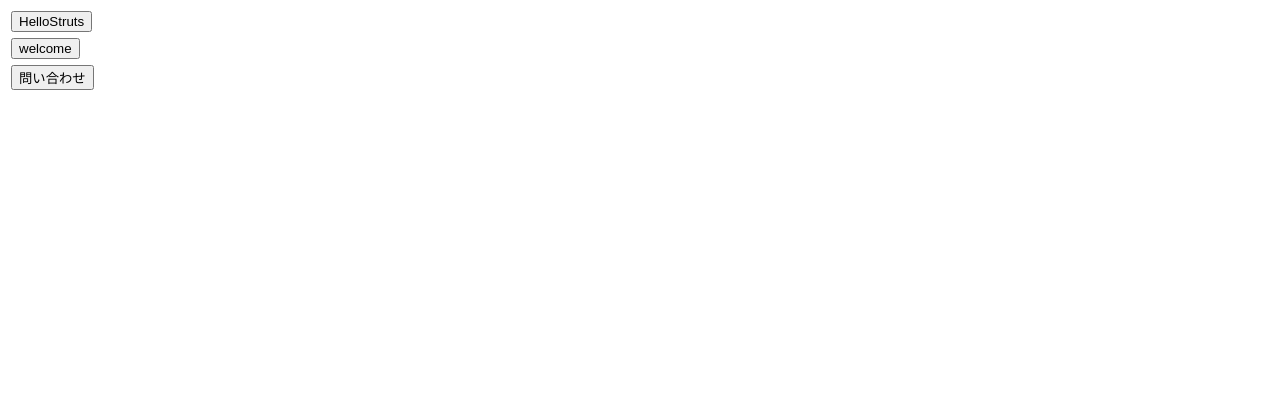
Repository: hirose0320/test
Page: http://localhost/WebProj3/
An editor plug-in stored every save of this project. The page is shown before and after the next save, followed by the edit.
The browser window is 1280 px wide. The pictures show the whole page.
The page is served by Tomcat 9. Other server files are loaded and not shown.

Above is the page before, as saved 2019-02-21 06:43:21.

### WebProj3/WebContent/index.jsp
<%@ page language="java" contentType="text/html; charset=UTF-8"
    pageEncoding="UTF-8"%>
           <%@ taglib prefix="s" uri="/struts-tags"%>
<!DOCTYPE html PUBLIC "-//W3C//DTD HTML 4.01 Transitional//EN" "http://www.w3.org/TR/html4/loose.dtd">
<html>
<head>
<meta http-equiv="Content-Type" content="text/html; charset=UTF-8">
<title>INDEX</title>
</head>
<body>
<s:form action="HelloStrutsAction">
		<s:submit value="HelloStruts" />
	</s:form>
	<s:form action="WelcomeAction">
		<s:submit value="welcome" />
	</s:form>
	<s:form action="InquiryAction">
		<s:submit value="問い合わせ" />
	</s:form>
</body>
</html>

After the next save:
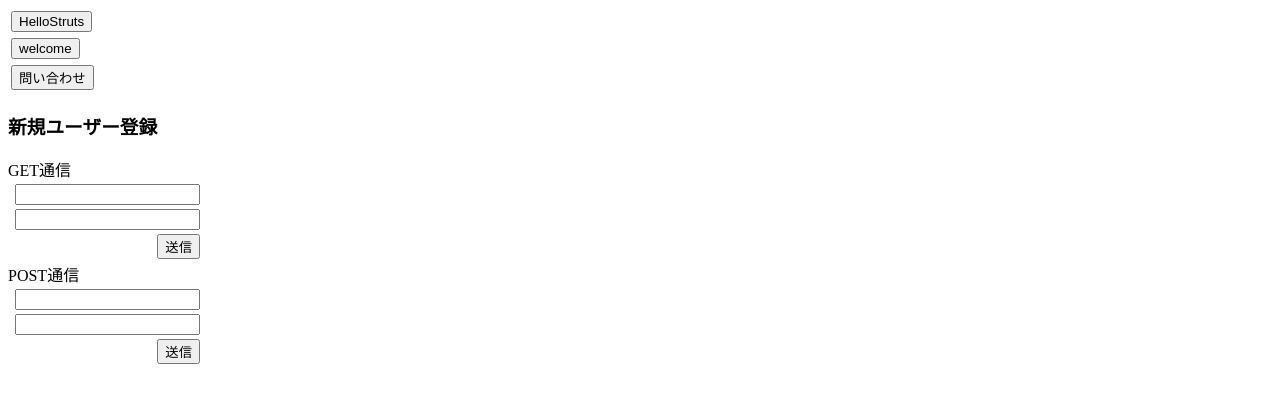
Saved 107 s later.
--- a/WebProj3/WebContent/index.jsp
+++ b/WebProj3/WebContent/index.jsp
@@ -17,5 +17,18 @@
 	<s:form action="InquiryAction">
 		<s:submit value="問い合わせ" />
 	</s:form>
+	<h3>新規ユーザー登録</h3>
+	GET通信
+	<s:form method="get" action="TestAction">
+	<s:textfield name="username"/>
+	<s:password name="password"/>
+	<s:submit value="送信"/>
+	</s:form>
+	POST通信
+	<s:form method="post" action="TestAction">
+	<s:textfield name="username"/>
+	<s:password name="password"/>
+	<s:submit value="送信"/>
+	</s:form>
 </body>
 </html>
